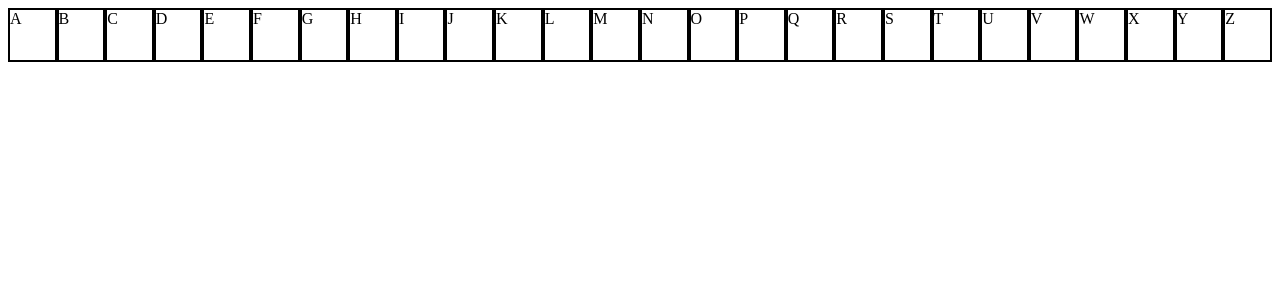
Repository: jcohenp/DI_Exercises
Page: W3/D3/normal/ex_1/index (1).html
An editor plug-in stored every save of this project. The page is shown before and after the next save, followed by the edit.
The browser window is 1280 px wide. The pictures show the whole page.

Above is the page before, as saved 2020-08-25 21:52:53.

After the next save:
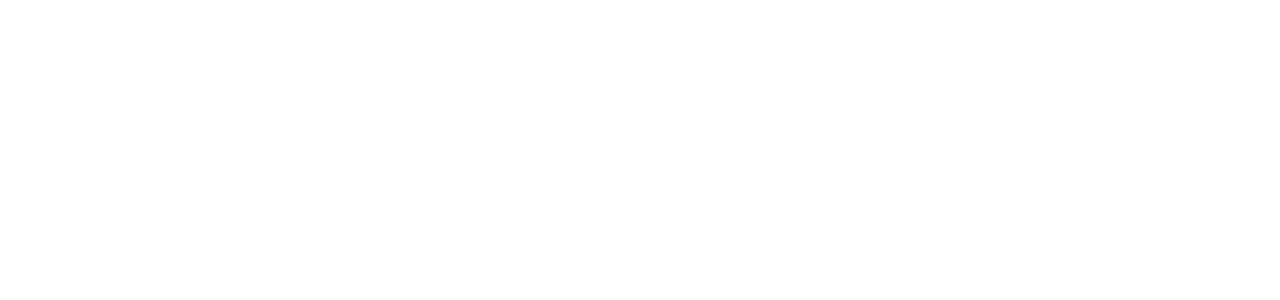
Console error: SyntaxError: Unexpected token '.'
Saved 60 s later.
--- a/W3/D3/normal/ex_1/js/script2.js
+++ b/W3/D3/normal/ex_1/js/script2.js
@@ -14,3 +14,9 @@
     box.innerHTML = String.fromCharCode(65 + boxnr)
     parent.appendChild(box);
 }
+
+function dragStart(event) {
+    event
+    dataTransfer;
+    .setData('text/plain', event.target.id)
+}

After the 3 saves that followed:
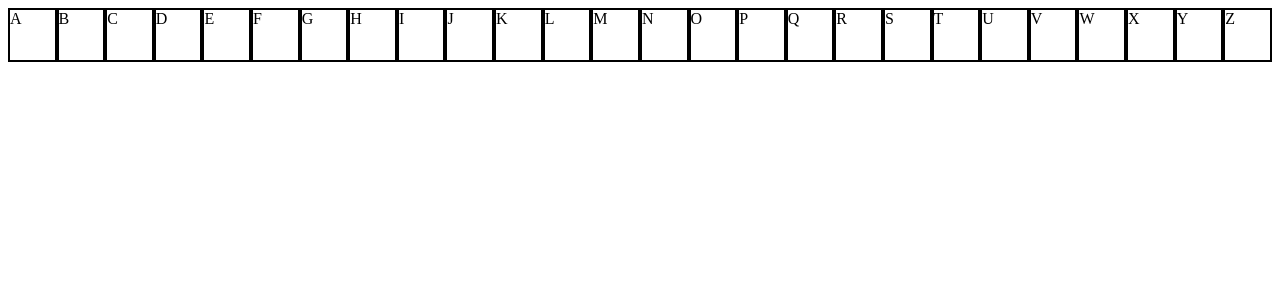
The error is gone.
The 3 saves are shown as one change because they came seconds apart.
The last was saved 63 s later.
--- a/W3/D3/normal/ex_1/js/script2.js
+++ b/W3/D3/normal/ex_1/js/script2.js
@@ -17,6 +17,11 @@
 
 function dragStart(event) {
     event
-    dataTransfer;
-    .setData('text/plain', event.target.id)
+    dataTransfer
+        .setData('text/plain', event.target.id);
+
+    event
+        .currentTarget
+        .backgroundColor = 'yellow';
+
 }
